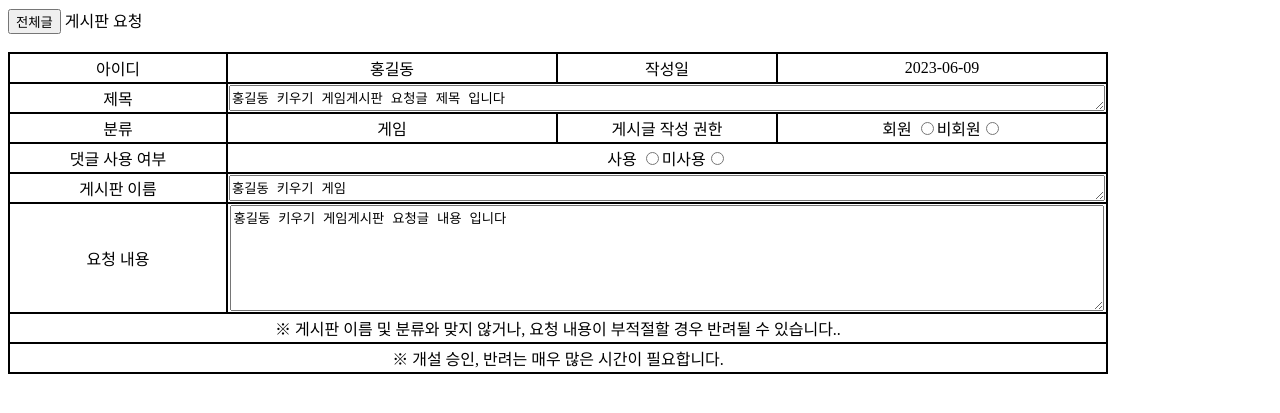
Repository: LJzero-dev/java-study
Page: http://localhost/ktbwos/bbs/request_view.jsp
The author's editor kept a copy of each file at every save. The page is drawn from the files as they stood at one save, then again after the next save.
The browser window is 1280 px wide. The pictures show the whole page.
The page is served by Tomcat 9.

Above is the page before, as saved 2023-06-11 06:05:13.

After the next save:
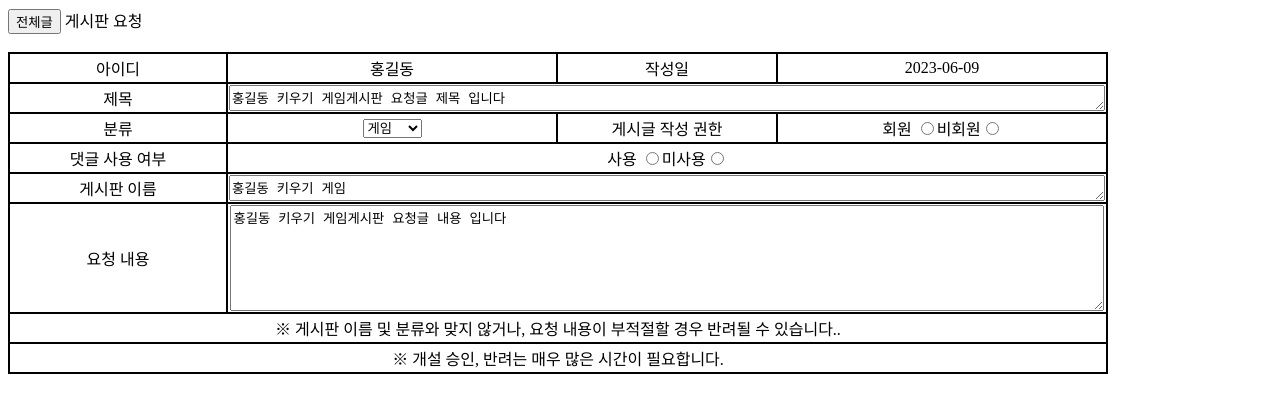
Saved 3 min 12 s later.
--- a/web/ktbwos/WebContent/bbs/request_view.jsp
+++ b/web/ktbwos/WebContent/bbs/request_view.jsp
@@ -35,7 +35,13 @@
 		</tr >
 		<tr>
 			<td>분류</td>
-			<td>게임</td>
+				<td>
+				<select name="schtype">
+					<option value="a" >게임</option>
+					<option value="b" >연예</option>
+					<option value="c" >스포츠</option>
+				</select>
+				</td>
 			<td>게시글 작성 권한</td>
 			<td><label>회원 <input type="radio" name="rl_write" value="y" /></label><label>비회원<input type="radio" name="rl_write" value="n" /></label></td>
 		</tr>
